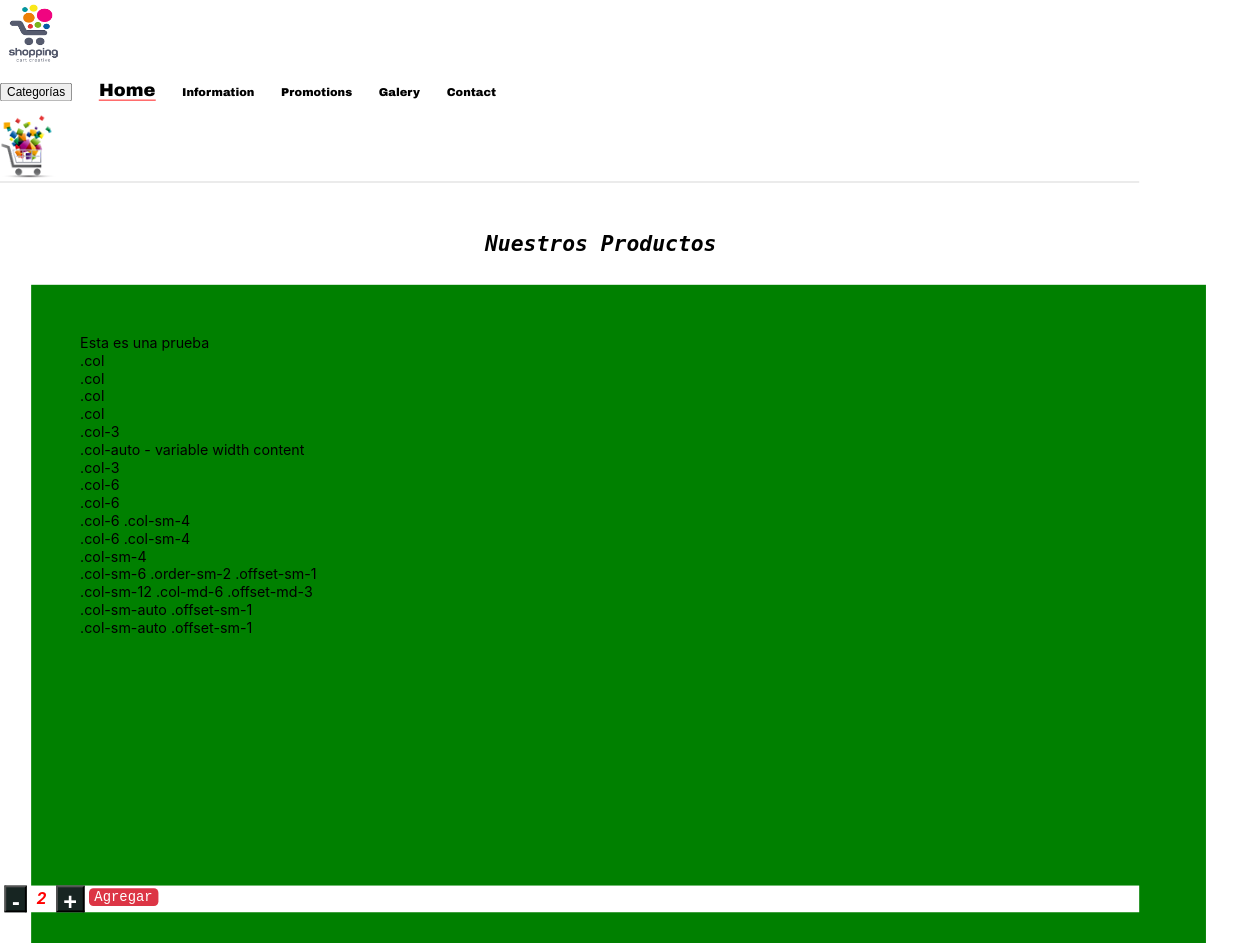
Repository: gustavomanuelquintana/CoderRepository
Page: / (app in cards-commers/)
An editor plug-in stored every save of this project. The page is shown before and after the next save, followed by the edit.
The browser window is 1280 px wide. The page is 1405 px wide, so the pictures cover 1405 px, including what lies to the right of the window. The pictures show the whole page, at 89% of full size.
The project was rebuilt for these pictures with package versions that can differ from the ones it lists, and the page was loaded fresh each time.

Above is the page before, as saved 2020-10-31 14:38:29.

### cards-commers/src/App.js
import React from "react";
import NavBar from "./Components/NavBar/NavBar";
import ItemListContainer from "./Components/ItemListContainer/ItemListContainer";
import ItemCount from "./Components/ItemCount/ItemCount";

function App() {
  let stock= 14;
  const handleAdd = (counter) => {
    return ({stock}) => {
      if (stock <=0){
        alert('No hay stock')
      }else {
        alert(`Se van agregar ${counter} articulos`)
      }
    }
  }

  return (
    <div className="App">
        <NavBar />
        <ItemListContainer titulo='Nuestros Productos'/>
        <ItemCount onAdd={handleAdd}  stock={stock} initial={2} />
    </div>
  );
}

export default App;

### cards-commers/src/Components/NavBar/NavBar.js
import React from "react";
import ImageNavBar from "../../Images/cards-logo.png";
import CartWidget from "../CartWidget/CartWidget";
import Dropdown from "react-bootstrap/Dropdown";
import "./NavBar.css";

const styleFont = {
  fontSize: 20,
  borderBottom: "1px solid red",
};

function NavBar() {
  return (
    <div className=" col-12">
      <div className="header-navBar col-12">
        <div className="row col-12">
          <div className="Logo-navBar col-1">
            <a href="index.html">
            <img src={ImageNavBar} alt="logo" width="75" height="70" />
            </a>
          </div>
          <div className="Links-navBar col-10 mt-3">
            <ul className="List-navBar">
              <li>
                <Dropdown>
                  <Dropdown.Toggle  variant="danger" id="dropdown-basic">
                    Categorías
                  </Dropdown.Toggle>

                  <Dropdown.Menu>
                    <Dropdown.Item   href="#/action-1">
                      Deportes / Fitness
                    </Dropdown.Item>
                    <Dropdown.Item href="#/action-2">
                      Hogar / Electrodomésticos
                    </Dropdown.Item>
                    <Dropdown.Item href="#/action-3">Vehículos</Dropdown.Item>
                  </Dropdown.Menu>
                </Dropdown>
              </li>
              <li>
                <a style={styleFont} href="#">
                  Home
                </a>
              </li>
              <li>
                <a href="#">Information</a>
              </li>
              <li>
                <a href="#">Promotions </a>
              </li>
              <li>
                <a href="#">Galery</a>
              </li>
              <li>
                <a href="#">Contact</a>
              </li>
            </ul>
          </div>
          <div className="carrito-navBar col-1">
            <CartWidget />
          </div>
        </div>
      </div>
    </div>
  );
}

export default NavBar;

### cards-commers/src/Components/ItemListContainer/ItemListContainer.js
import React, {useState, useEffect} from 'react';
import './ItemListContainer.css';
import ItemList from './ItemList/ItemList';

const getList = () => {
    return new Promise( (res) => {
        let products;
        res(
            products = ["nike", "Airmax", "Running fast"]
        )
    });
}


function ItemListContainer({titulo}){
    const [itemList, setItemList] = useState([]);

    // Use effect
    useEffect( () => {
        getList().then( mercaderia => {
           setItemList(mercaderia);
        });
    },[]); // End useEffect

    return (
        <div className="container">
            <h2>{titulo}</h2>
        <ItemList items={itemList} />
        </div>
    );
}



export default ItemListContainer;

### cards-commers/src/Components/ItemCount/ItemCount.js
import React, {useState} from 'react';
import ButtonsCount from './ButtonsCount/ButtonsCount';
import ViewCount from './ViewCount/ViewCount';
import AgregarCount from './AgregarCount/AgregarCount';


    const styleContain={
        backgroundColor:"white",
        display:"flex",
    }
    const styleBox = {
        color:"red",
        fontWeight:"bold",
        fontSize:"1.1em",
        lineHeight:"18px",
        display:"flex",
        justifyContent:"center",
        width:"100px",
        height:"30px",
    }
    const boxAdd ={
        fontWeight: "bold",
        fontSize: "1em",
        color: "red",
    }
    export default function ItemCount({onAdd,stock,initial}) {
        let [counter, counterState] = useState(initial);

    const onClickButton = (amount) => {
        return () => {
            let total = (amount < 0) ? 0 : amount;
            let limiter = (total > stock) ? stock: total;
            counterState(limiter);

        }
    }

    let props = {counter, counterState}

    return (
        <div className="section-car" style={styleContain}>
        <div className="box-count" style={styleBox}>
            <ButtonsCount suma={false} onClick={onClickButton} {...props} />
             <ViewCount value={counter}/>
             <ButtonsCount suma={true} onClick={onClickButton}  {...props}/>
        </div>

        <div  className="box-add" style={boxAdd}> <AgregarCount onAdd= {onAdd} {...{counter}}/> </div>
        </div>
        );
}

### cards-commers/src/Components/CartWidget/CartWidget.js
import React from 'react';
import ImageCarrito from "../../Images/carrito-img.png";

function CartWidget(){
    return (
        <a href="#">
         <img src={ImageCarrito}/>
        </a>
    )
}

export default CartWidget;

### cards-commers/src/Components/NavBar/NavBar.css
img {
  max-width: 100%;
}
.header-navBar {
  background-color: white;
  display: flex;
  width: 100%;
  border-bottom: 1px solid lightgrey;
}

.Logo-navBar img {
  max-height: 8em;
  max-width: 8em;
}
.Links-navBar ul li {
  display: inline-block;
  margin-right: 35px;
  margin: 0 70px 0 -40px;
}
.Links-navBar ul li a {
  color: black;
  font-family: Arial Black;
  font-size: 0.8em;
  font-weight: bold;
  text-decoration: none;
}

### cards-commers/src/Components/ItemListContainer/ItemListContainer.css
.container{
    width:100%;
    max-height:100vh;
    margin: 0.25 auto;
    padding: 35px;
}
.container h2{
    text-align:center;
    font-family: "monospace";
    font-weight:bold;
    font-style: italic;
}

### cards-commers/src/Components/ItemListContainer/ItemList/ItemList.js
import React, {useState, useEffect} from 'react';
import './ItemList.css';
import Item from '../Item/Item';




function ItemList({items}){
return <div className="itemList">
        <Item listProducts={items}/>
     </div>
}


export default ItemList;

### cards-commers/src/Components/ItemCount/ButtonsCount/ButtonsCount.js
import React from "react";
const styleButton = {
    fontWeight: "bold",
    fontSize:"1.5em",
    background: "#172522",
    color: "white",
    margin:"0 auto",
    height:"100%",
}

export default function ButtonsCount({suma,onClick,counter,counterState}) {

    let signo = suma ? '+' : '-';

    let amount = suma ? (counter + 1) : (counter - 1);

  return ( <button onClick={onClick(amount)} style={styleButton}>{signo}</button> )
}

### cards-commers/src/Components/ItemCount/ViewCount/ViewCount.js
import React from 'react';

const countnumber = {
    margin:"0.35em auto",
    fontStyle:"italic",

}

export default function ViewCount({value}){

    return(
        <div style={countnumber} className="countNumber">{value}</div>
    )
}

### cards-commers/src/Components/ItemCount/AgregarCount/AgregarCount.js
import React from 'react';

const agregarcount = {
    borderRadius:"5px",
    border:"none",
    margin:"0.2em auto",
    background:"#dc3545",
    color:"white",
    fontFamily:"monospace",
    fontSize:"1.2em",
}
export default function AgregarCount({onAdd, counter}){

    const agregarCount = () =>{};

    return(
        <div>
            <button style={agregarcount} onClick={onAdd(counter)}>Agregar</button>
        </div>
    )
}

### cards-commers/src/Components/ItemListContainer/ItemList/ItemList.css
.itemList{
    width:100%;
    height:700px;
    background-color:green;
    padding:20px;
    margin:2em auto;
}

### cards-commers/src/Components/ItemListContainer/Item/Item.js
import React from 'react';
import Container from 'react-bootstrap/Container';
import Row from 'react-bootstrap/Row';
import Col from 'react-bootstrap/Col';
import './Item.css';


function Item({listProducts}){
    return <Container>
    <Row>
      <Col className="probandoEsto">Esta es una prueba</Col>
    </Row>
    <Row>
      <Col>.col</Col>
      <Col>.col</Col>
      <Col>.col</Col>
      <Col>.col</Col>
    </Row>
    <Row>
      <Col xs="3">.col-3</Col>
      <Col xs="auto">.col-auto - variable width content</Col>
      <Col xs="3">.col-3</Col>
    </Row>
    <Row>
      <Col xs="6">.col-6</Col>
      <Col xs="6">.col-6</Col>
    </Row>
    <Row>
      <Col xs="6" sm="4">.col-6 .col-sm-4</Col>
      <Col xs="6" sm="4">.col-6 .col-sm-4</Col>
      <Col sm="4">.col-sm-4</Col>
    </Row>
    <Row>
      <Col sm={{ size: 6, order: 2, offset: 1 }}>.col-sm-6 .order-sm-2 .offset-sm-1</Col>
    </Row>
    <Row>
      <Col sm="12" md={{ size: 6, offset: 3 }}>.col-sm-12 .col-md-6 .offset-md-3</Col>
    </Row>
    <Row>
      <Col sm={{ size: 'auto', offset: 1 }}>.col-sm-auto .offset-sm-1</Col>
      <Col sm={{ size: 'auto', offset: 1 }}>.col-sm-auto .offset-sm-1</Col>
    </Row>
  </Container>

}

export default Item;

### cards-commers/src/Components/ItemListContainer/Item/Item.css
.Item{
    background-color: blue;
    margin:0.25em auto;
    width:90%;
    height:200px;
}

Loaded but not shown: cards-commers/public/index.html (common file); cards-commers/src/index.js (common file); cards-commers/src/index.css (common file); cards-commers/src/serviceWorker.js (common file)

After the next save:
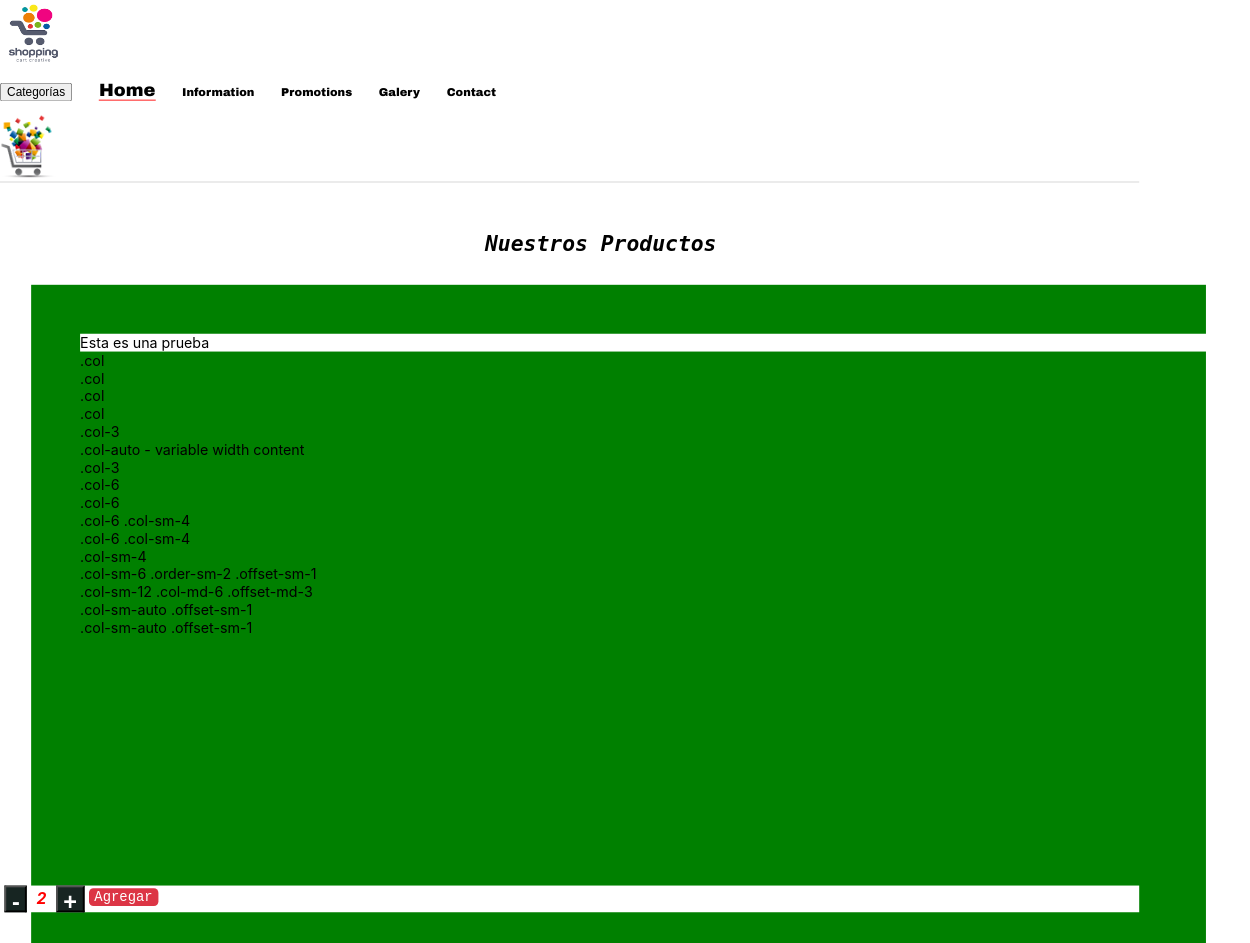
Saved 18 s later.
--- a/cards-commers/src/Components/ItemListContainer/Item/Item.css
+++ b/cards-commers/src/Components/ItemListContainer/Item/Item.css
@@ -4,3 +4,7 @@
     width:90%;
     height:200px;
 }
+
+.probandoEsto{
+    background:white;
+}

After the save that followed:
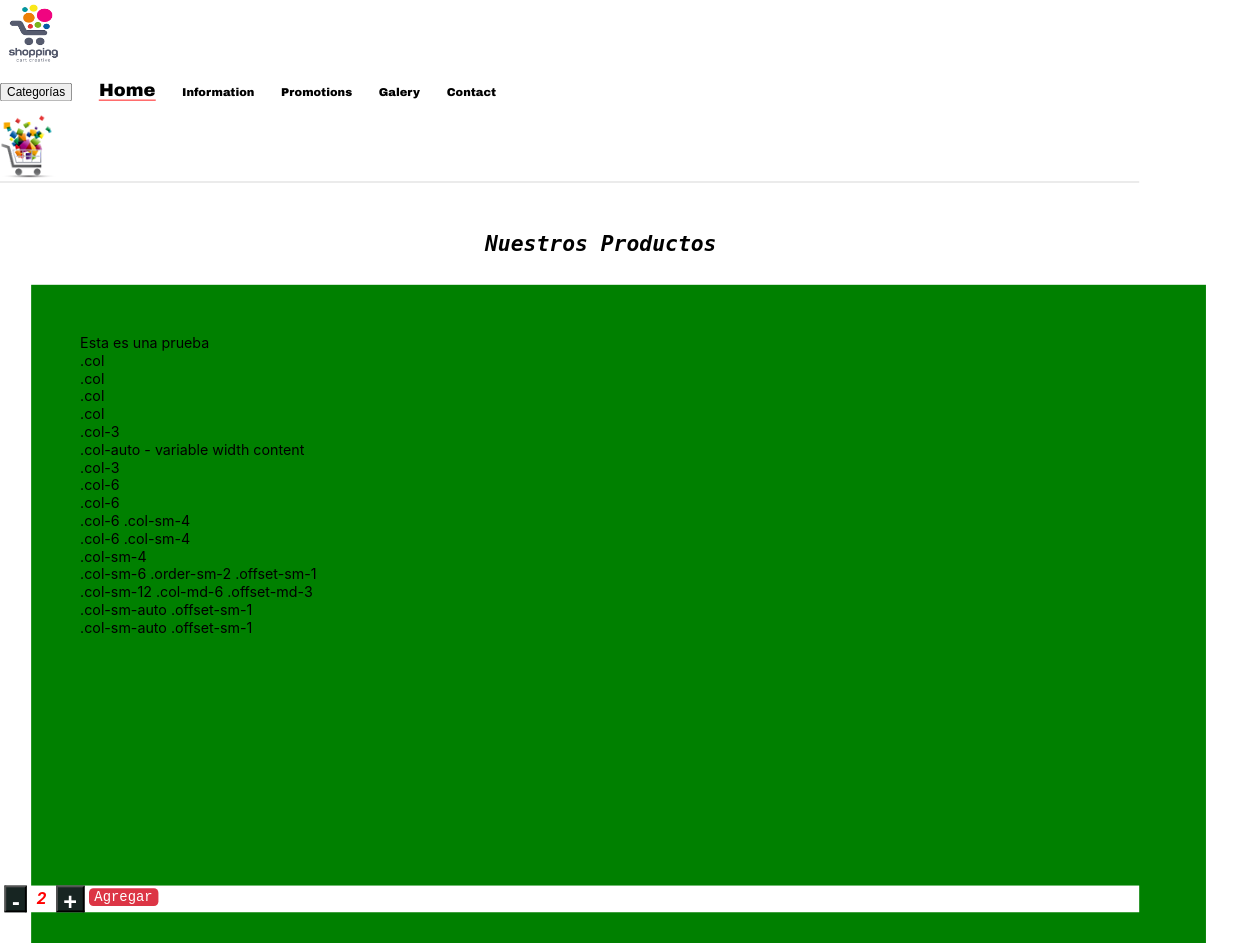
Saved 3 min 48 s later.
--- a/cards-commers/src/Components/ItemListContainer/Item/Item.css
+++ b/cards-commers/src/Components/ItemListContainer/Item/Item.css
@@ -4,7 +4,3 @@
     width:90%;
     height:200px;
 }
-
-.probandoEsto{
-    background:white;
-}
